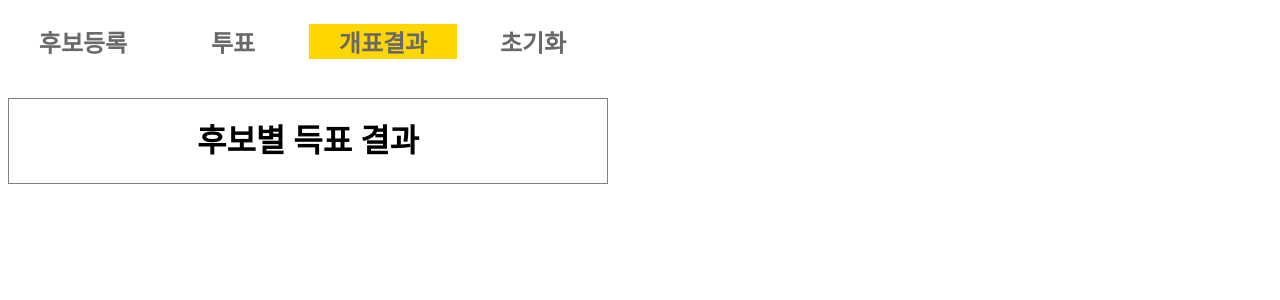
Repository: noheul1030/KOPO-HTML
Page: http://localhost/Tupyo/Tupyo/C_01_H.jsp
These files come from the project's save history. The page is drawn as it stood at one moment and after the next save; the edit follows.
The browser window is 1280 px wide. The pictures show the whole page.
The page is served by Tomcat 9. Queries for data that is not in the repository find no rows.

Above is the page before, as saved 2023-06-04 12:16:59.

After the next save:
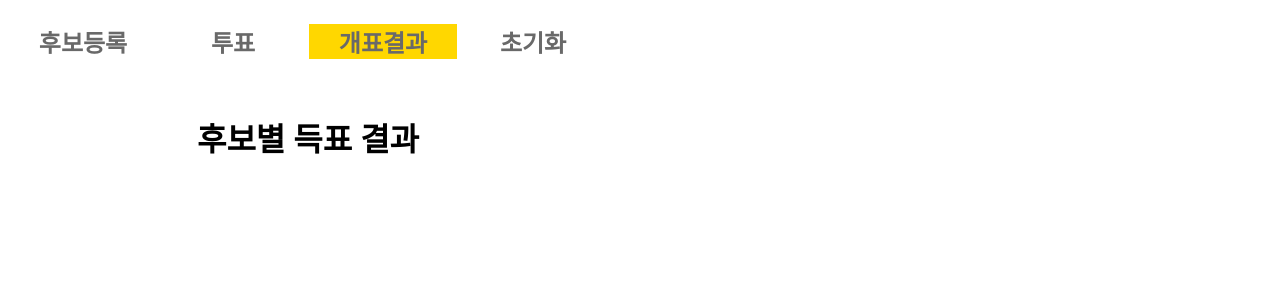
Saved 91 s later.
--- a/Tupyo/src/main/webapp/Tupyo/C_01_H.jsp
+++ b/Tupyo/src/main/webapp/Tupyo/C_01_H.jsp
@@ -68,8 +68,12 @@
     		</tr>
 		</table>
 		<br>
-		<table border = 1>
+		<table>
 			<tr><td colspan = 2 style="border-bottom: none;"><h1 align = left >후보별 득표 결과</h1></td></tr>
+		</table>
+
+		<form method="post">
+		<table>
 <%
 		while(rset.next()){
 			int var = rset.getInt(2);
@@ -83,5 +87,6 @@
 			</tr>
 <%		} %>
 		</table>
+		</form>
 	</body>
 </html>
